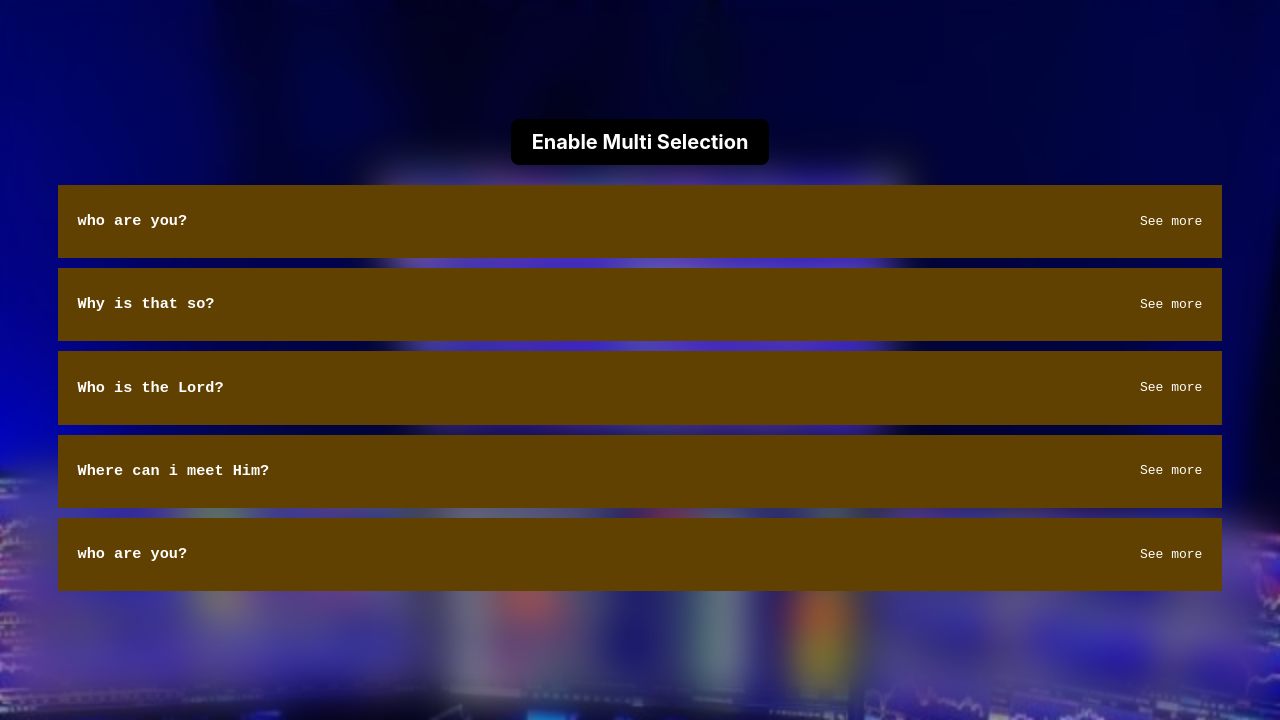
Repository: profbkmurage/reactprojectsBK
Page: /
These files come from the project's save history. The page is drawn as it stood at one moment and after a run of saves; the edit follows.
The browser window is 1280 px wide. The pictures show the whole page.
The project was rebuilt for these pictures with package versions that can differ from the ones it lists, and the page was loaded fresh each time. Also part of the build but not shown: vite.config.js.

Above is the page before, as saved 2025-02-23 10:18:56.

After the next 3 saves:
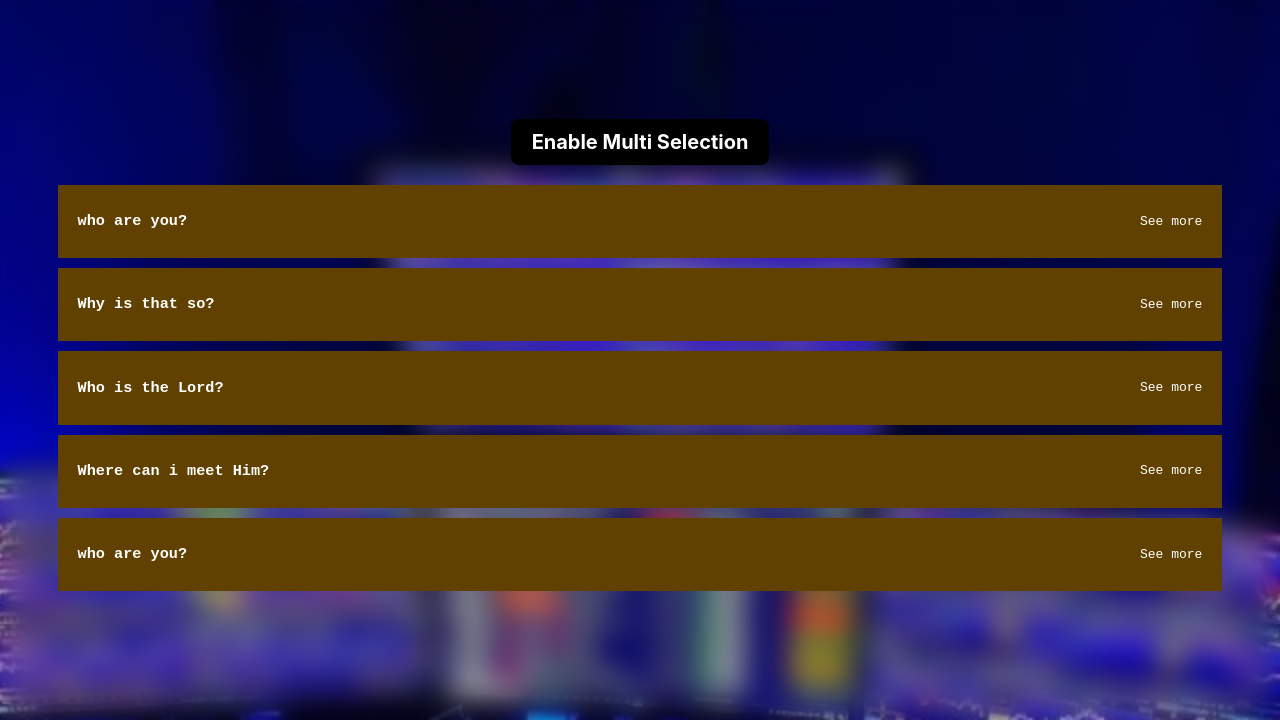
The 3 saves are shown as one change because they came seconds apart.
The last was saved 22 s later.
--- a/src/components/accordian/style.css
+++ b/src/components/accordian/style.css
@@ -13,7 +13,7 @@ body {
     align-items: center;
     flex-direction: column;
     gap: 20px;
-    backdrop-filter: blur(20px);
+    backdrop-filter: blur(14px);
 width: 100vw;
 }
 
